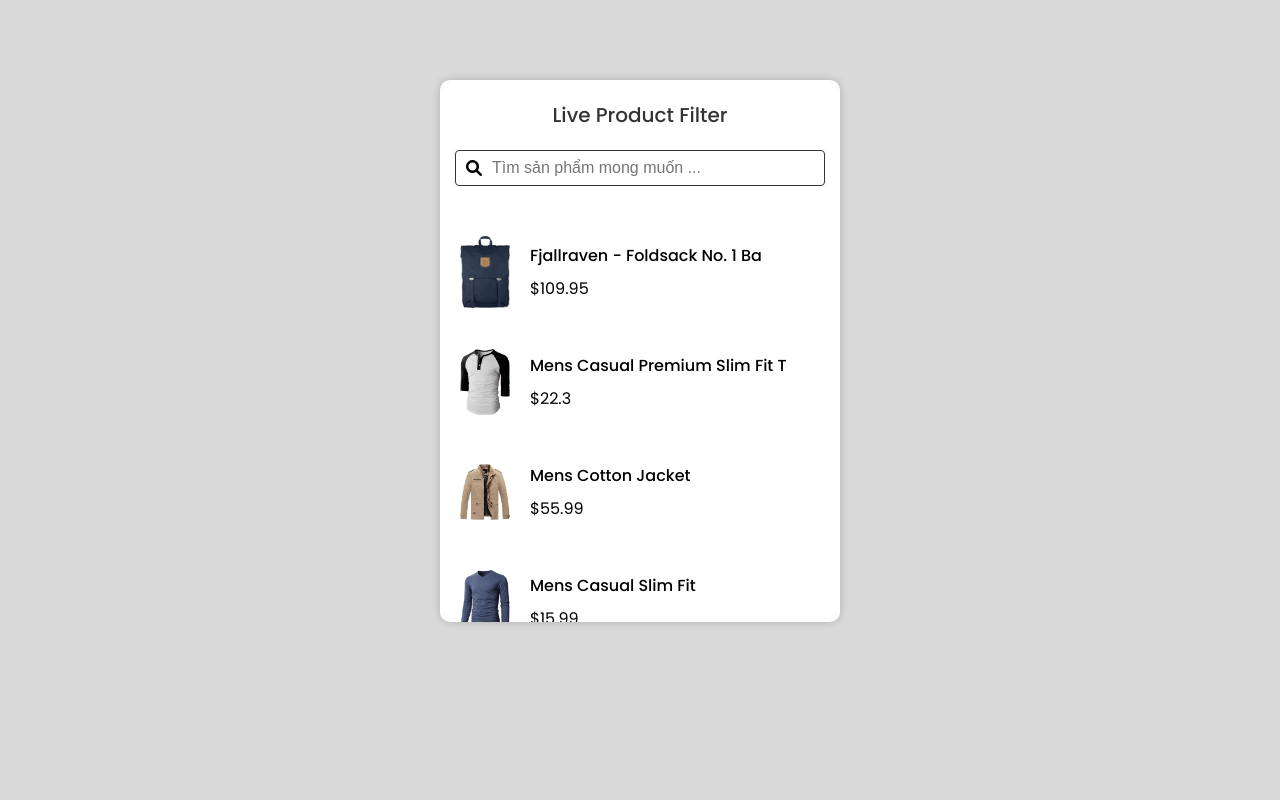
Repository: huannt2001/live-product-filter
Page: index.html
An editor plug-in stored every save of this project. The page is shown before and after the next save, followed by the edit.
The browser window is 1280 px wide. The pictures show the whole page.
The pointer rests on the first visible `.product__item`.

Above is the page before, as saved 2022-01-08 09:37:03.

### index.html
<!DOCTYPE html>
<html lang="en">

<head>
    <meta charset="UTF-8">
    <meta http-equiv="X-UA-Compatible" content="IE=edge">
    <meta name="viewport" content="width=device-width, initial-scale=1.0">
    <title>Live Product Filter</title>
    <link rel="stylesheet" href="./style.css">
    <link rel="stylesheet" href="https://cdnjs.cloudflare.com/ajax/libs/font-awesome/6.0.0-beta3/css/all.min.css"
        integrity="sha512-Fo3rlrZj/k7ujTnHg4CGR2D7kSs0v4LLanw2qksYuRlEzO+tcaEPQogQ0KaoGN26/zrn20ImR1DfuLWnOo7aBA=="
        crossorigin="anonymous" referrerpolicy="no-referrer" />
    <link href="https://fonts.googleapis.com/css2?family=Poppins:wght@100;200;300;400;500;600;700;800;900&display=swap"
        rel="stylesheet">
</head>

<body>
    <div class="container">
        <div class="header">
            <h2 class="header__title">Live Product Filter</h2>
            <div class="header__input-wrap">
                <div class="header__search-icon">
                    <i class="fas fa-search"></i>
                </div>
                <input type="text" placeholder="Tìm sản phẩm mong muốn ..." class="header__input">
            </div>
        </div>

        <div class="product-list">
            <div class="product__item">
                <img src="./img/img1.jpg" alt="" class="product__item-image">
                <div class="product__item-desc">
                    <h4 class="product__item-name">Fjallraven - Foldsack No. 1 Ba</h4>
                    <div class="product__item-price">$109.95</div>
                </div>
            </div>
            <div class="product__item">
                <img src="./img/img2.jpg" alt="" class="product__item-image">
                <div class="product__item-desc">
                    <h4 class="product__item-name">Mens Casual Premium Slim Fit T</h4>
                    <div class="product__item-price">$22.3</div>
                </div>
            </div>
            <div class="product__item">
                <img src="./img/img3.jpg" alt="" class="product__item-image">
                <div class="product__item-desc">
                    <h4 class="product__item-name">Mens Cotton Jacket</h4>
                    <div class="product__item-price">$55.99</div>
                </div>
            </div>
            <div class="product__item">
                <img src="./img/img4.jpg" alt="" class="product__item-image">
                <div class="product__item-desc">
                    <h4 class="product__item-name">Mens Casual Slim Fit</h4>
                    <div class="product__item-price">$15.99</div>
                </div>
            </div>
            <div class="product__item">
                <img src="./img/img5.jpg" alt="" class="product__item-image">
                <div class="product__item-desc">
                    <h4 class="product__item-name">John Hardy Women's Legends Nag</h4>
                    <div class="product__item-price">$695</div>
                </div>
            </div>
            <div class="product__item">
                <img src="./img/img6.jpg" alt="" class="product__item-image">
                <div class="product__item-desc">
                    <h4 class="product__item-name">Solid Gold Petite Micropave</h4>
                    <div class="product__item-price">$168</div>
                </div>
            </div>
            <div class="product__item">
                <img src="./img/img7.jpg" alt="" class="product__item-image">
                <div class="product__item-desc">
                    <h4 class="product__item-name">White Gold Plated Princess</h4>
                    <div class="product__item-price">$9.99</div>
                </div>
            </div>
            <div class="product__item">
                <img src="./img/img8.jpg" alt="" class="product__item-image">
                <div class="product__item-desc">
                    <h4 class="product__item-name">Pierced Owl Rose Gold Plated S</h4>
                    <div class="product__item-price">$10.99</div>
                </div>
            </div>
            <div class="product__item">
                <img src="./img/img9.jpg" alt="" class="product__item-image">
                <div class="product__item-desc">
                    <h4 class="product__item-name">WD 2TB Elements Portable Exter</h4>
                    <div class="product__item-price">$64</div>
                </div>
            </div>
            <div class="product__item">
                <img src="./img/img10.jpg" alt="" class="product__item-image">
                <div class="product__item-desc">
                    <h4 class="product__item-name">SanDisk SSD PLUS 1TB Internal</h4>
                    <div class="product__item-price">$109</div>
                </div>
            </div>
            <div class="product__item">
                <img src="./img/img11.jpg" alt="" class="product__item-image">
                <div class="product__item-desc">
                    <h4 class="product__item-name">Silicon Power 256GB SSD 3D NAN</h4>
                    <div class="product__item-price">$109</div>
                </div>
            </div>
            <div class="product__item">
                <img src="./img/img12.jpg" alt="" class="product__item-image">
                <div class="product__item-desc">
                    <h4 class="product__item-name">WD 4TB Gaming Drive Works with</h4>
                    <div class="product__item-price">$114</div>
                </div>
            </div>
            <div class="product__item">
                <img src="./img/img13.jpg" alt="" class="product__item-image">
                <div class="product__item-desc">
                    <h4 class="product__item-name">Acer SB220Q bi 21.5 inches Ful</h4>
                    <div class="product__item-price">$599</div>
                </div>
            </div>
            <div class="product__item">
                <img src="./img/img14.jpg" alt="" class="product__item-image">
                <div class="product__item-desc">
                    <h4 class="product__item-name">Samsung 49-Inch CHG90 144Hz Cu</h4>
                    <div class="product__item-price">$999.99</div>
                </div>
            </div>
            <div class="product__item">
                <img src="./img/img15.jpg" alt="" class="product__item-image">
                <div class="product__item-desc">
                    <h4 class="product__item-name">BIYLACLESEN Women's 3-in-1 Sno</h4>
                    <div class="product__item-price">$56.99</div>
                </div>
            </div>
            <div class="product__item">
                <img src="./img/img16.jpg" alt="" class="product__item-image">
                <div class="product__item-desc">
                    <h4 class="product__item-name">Lock and Love Women's Removabl</h4>
                    <div class="product__item-price">$29.95</div>
                </div>
            </div>
            <div class="product__item">
                <img src="./img/img17.jpg" alt="" class="product__item-image">
                <div class="product__item-desc">
                    <h4 class="product__item-name">Rain Jacket Women Windbreaker</h4>
                    <div class="product__item-price">$39.99</div>
                </div>
            </div>
            <div class="product__item">
                <img src="./img/img18.jpg" alt="" class="product__item-image">
                <div class="product__item-desc">
                    <h4 class="product__item-name">MBJ Women's Solid Short Sleeve</h4>
                    <div class="product__item-price">$9.85</div>
                </div>
            </div>
            <div class="product__item">
                <img src="./img/img19.jpg" alt="" class="product__item-image">
                <div class="product__item-desc">
                    <h4 class="product__item-name">Opna Women's Short Sleeve Mois</h4>
                    <div class="product__item-price">$7.95</div>
                </div>
            </div>
            <div class="product__item">
                <img src="./img/img20.jpg" alt="" class="product__item-image">
                <div class="product__item-desc">
                    <h4 class="product__item-name">DANVOUY Womens T Shirt Casual</h4>
                    <div class="product__item-price">$12.99</div>
                </div>
            </div>
        </div>
    </div>
</body>

</html>

### style.css
* {
    padding: 0;
    margin: 0;
    box-sizing: border-box;
}

body {
    font-family: "Poppins", sans-serif;
    background-color: #dadada;
    height: 100vh;
    width: 100%;
}

.container {
    width: 400px;
    margin: 80px auto;
    background-color: #fff;
    border-radius: 10px;
    box-shadow: 0px 0px 10px rgba(0, 0, 0, 0.2);

}

.header {
    padding: 20px 15px;
}

.header__title {
    font-size: 20px;
    color: #333;
    font-weight: 500;
    text-align: center;
    margin-bottom: 20px;
}

.header__input-wrap {
    display: flex;
    align-items: center;
    border: 1px solid #333;
    border-radius: 4px;
}

.header__search-icon {
    font-size: 16px;
    padding: 4px 0 4px 10px;
    cursor: pointer;
}

input.header__input {
    border: none;
    outline: none;
    flex: 1;
    font-size: 16px;
    padding: 8px 10px;
    background-color: transparent;
}

.product-list {
    margin-top: 16px;
    max-height: 400px;
    overflow-y: auto;
}

.product__item {
    display: flex;
    align-items: center;
    padding: 8px 20px;
    margin-bottom: 10px;
    height: 100px;
}

.product__item-image {
    width: 50px;
    margin-right: 20px;
}

h4.product__item-name {
    font-weight: 500;
    margin-bottom: 8px;
}

After the next save:
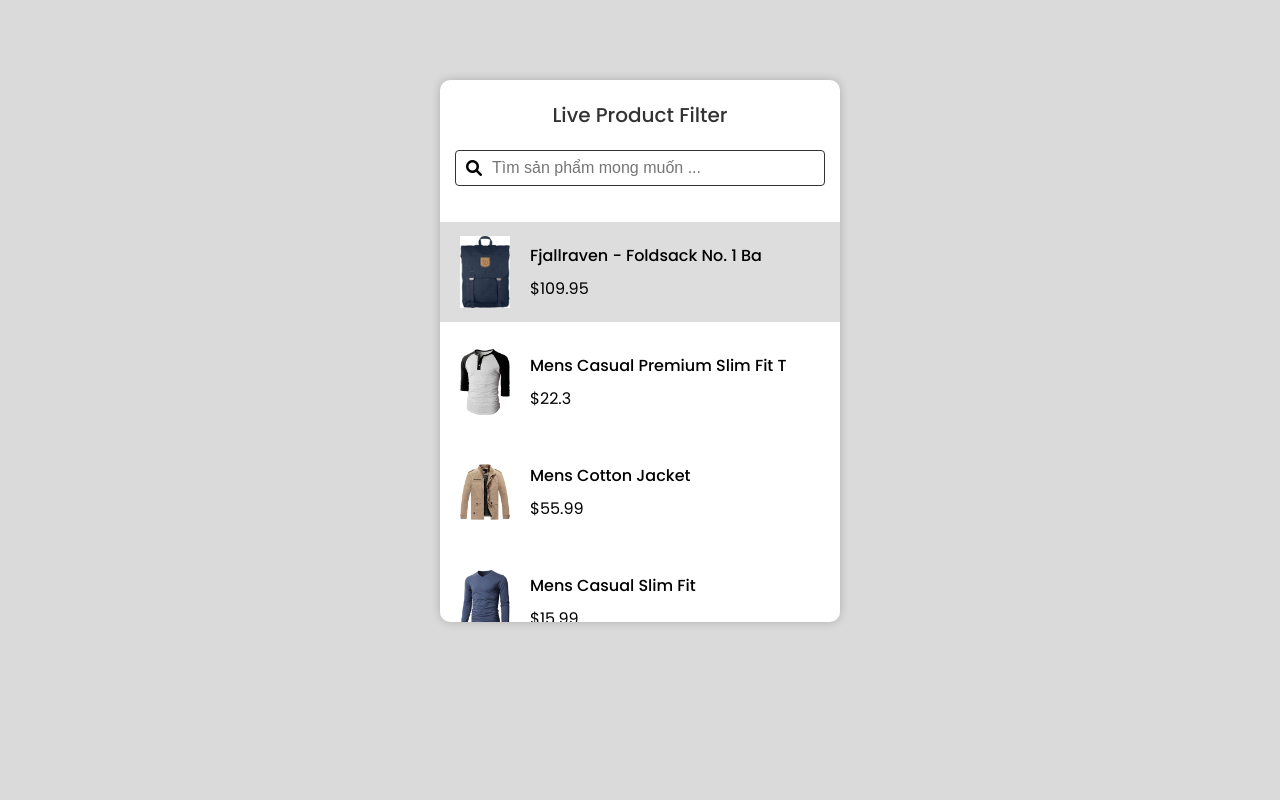
Saved 11 min 18 s later.
--- a/style.css
+++ b/style.css
@@ -68,6 +68,10 @@
     height: 100px;
 }
 
+.product__item:hover {
+    background-color: #ddd;
+}
+
 .product__item-image {
     width: 50px;
     margin-right: 20px;
